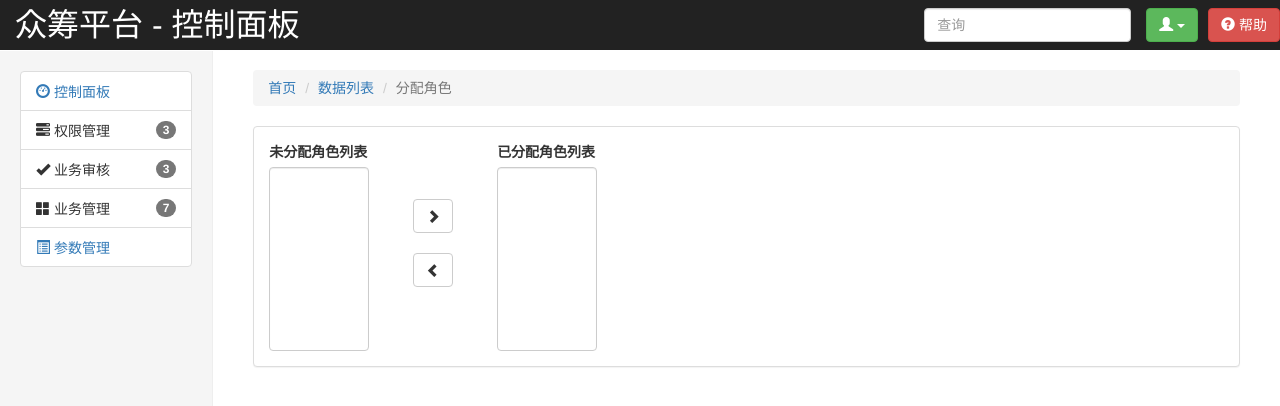
Repository: tornado4651/AtCrodFunding
Page: http://localhost/atcrowdfunding02-admin-webui/WEB-INF/assign-role.jsp
An editor plug-in stored every save of this project. The page is shown before and after the next save, followed by the edit.
The browser window is 1280 px wide. The pictures show the whole page.
The page is served by Tomcat 9. Nobody is signed in. The template is opened directly, without the code that normally fills it, so the values that code supplies are empty.

Above is the page before, as saved 2020-04-26 16:16:05.

### atcrowdfunding01-admin-parent/atcrowdfunding02-admin-webui/src/main/webapp/WEB-INF/assign-role.jsp
<%@ page language="java" contentType="text/html; charset=UTF-8"
	pageEncoding="UTF-8"%>
<%@ taglib uri="http://java.sun.com/jsp/jstl/core" prefix="c" %>
<!DOCTYPE html>
<html lang="UTF-8">
<!-- 提取出navigator部分，单独包含进来 -->
<%@include file="/WEB-INF/include-head.jsp" %>

<body>

	<!-- 提取出navigator部分，单独包含进来 -->
	<%@include file="/WEB-INF/include-navigator.jsp" %>

	<div class="container-fluid">
		<div class="row">

			<!-- 提取出sidebar部分，单独包含进来 -->
			<%@include file="/WEB-INF/include-sidebar.jsp" %>
			<div class="col-sm-9 col-sm-offset-3 col-md-10 col-md-offset-2 main">
				<ol class="breadcrumb">
				  <li><a href="#">首页</a></li>
				  <li><a href="#">数据列表</a></li>
				  <li class="active">分配角色</li>
				</ol>
			<div class="panel panel-default">
			  <div class="panel-body">
				<form role="form" class="form-inline">
				  <div class="form-group">
					<label for="exampleInputPassword1">未分配角色列表</label><br>
					<select class="form-control" multiple="" size="10" style="width:100px;overflow-y:auto;">
                        <c:forEach items="${requsetScope.unAssignedRoleList }" var="role">
                        	<option value="${role.id }">${role.name }</option>
                        </c:forEach>

                    </select>
				  </div>
				  <div class="form-group">
                        <ul>
                            <li class="btn btn-default glyphicon glyphicon-chevron-right"></li>
                            <br/>
                            <li class="btn btn-default glyphicon glyphicon-chevron-left" style="margin-top:20px;"></li>
                        </ul>
				  </div>
				  <div class="form-group" style="margin-left:40px;">
					<label for="exampleInputPassword1">已分配角色列表</label><br>
					<select class="form-control" multiple="" size="10" style="width:100px;overflow-y:auto;">
                        <c:forEach items="${requsetScope.assignedRoleList }" var="role">
                        	<option value="${role.id }">${role.name }</option>
                        </c:forEach>
                    </select>
				  </div>
				</form>
			  </div>
			</div>
        </div>

		</div>
	</div>
</body>
</html>

### atcrowdfunding01-admin-parent/atcrowdfunding02-admin-webui/src/main/webapp/WEB-INF/include-head.jsp
<%@ page language="java" contentType="text/html; charset=UTF-8"
    pageEncoding="UTF-8"%>
<head>
<meta charset="GB18030">
<meta http-equiv="X-UA-Compatible" content="IE=edge">
<meta name="viewport" content="width=device-width, initial-scale=1">
<meta name="description" content="">
<meta name="author" content="">
<base
	href="http://${pageContext.request.serverName }:${pageContext.request.serverPort }${pageContext.request.contextPath }/" />
<link rel="stylesheet" href="bootstrap/css/bootstrap.min.css">
<link rel="stylesheet" href="css/font-awesome.min.css">
<link rel="stylesheet" href="css/main.css">
<style>
.tree li {
	list-style-type: none;
	cursor: pointer;
}

.tree-closed {
	height: 40px;
}

.tree-expanded {
	height: auto;
}
</style>
<script src="jquery/jquery-2.1.1.min.js"></script>
<script src="bootstrap/js/bootstrap.min.js"></script>
<script src="script/docs.min.js"></script>
<script type="text/javascript" src="layer/layer.js"></script>
<script type="text/javascript">
	$(function() {
		$(".list-group-item").click(function() {
			if ($(this).find("ul")) {
				$(this).toggleClass("tree-closed");
				if ($(this).hasClass("tree-closed")) {
					$("ul", this).hide("fast");
				} else {
					$("ul", this).show("fast");
				}
			}
		});
	});
</script>

</head>

### atcrowdfunding01-admin-parent/atcrowdfunding02-admin-webui/src/main/webapp/WEB-INF/include-navigator.jsp
<%@ page language="java" contentType="text/html; charset=UTF-8"
    pageEncoding="UTF-8"%>
<nav class="navbar navbar-inverse navbar-fixed-top" role="navigation">
		<div class="container-fluid">
			<div class="navbar-header">
				<div>
					<a class="navbar-brand" style="font-size: 32px;" href="#">众筹平台
						- 控制面板</a>
				</div>
			</div>
			<div id="navbar" class="navbar-collapse collapse">
				<ul class="nav navbar-nav navbar-right">
					<li style="padding-top: 8px;">
						<div class="btn-group">
							<button type="button"
								class="btn btn-default btn-success dropdown-toggle"
								data-toggle="dropdown">
								<i class="glyphicon glyphicon-user"></i>
								${sessionScope.loginAdmin.userName }
								<span class="caret"></span>
							</button>
							<ul class="dropdown-menu" role="menu">
								<li><a href="#"><i class="glyphicon glyphicon-cog"></i>
										个人设置</a></li>
								<li><a href="#"><i class="glyphicon glyphicon-comment"></i>
										消息</a></li>
								<li class="divider"></li>
								<li><a href="admin/do/logout.html"><i
										class="glyphicon glyphicon-off"></i> 退出系统</a></li>
							</ul>
						</div>
					</li>
					<li style="margin-left: 10px; padding-top: 8px;">
						<button type="button" class="btn btn-default btn-danger">
							<span class="glyphicon glyphicon-question-sign"></span> 帮助
						</button>
					</li>
				</ul>
				<form class="navbar-form navbar-right">
					<input type="text" class="form-control" placeholder="查询">
				</form>
			</div>
		</div>
	</nav>

### atcrowdfunding01-admin-parent/atcrowdfunding02-admin-webui/src/main/webapp/WEB-INF/include-sidebar.jsp
<%@ page language="java" contentType="text/html; charset=UTF-8"
    pageEncoding="UTF-8"%>
<div class="col-sm-3 col-md-2 sidebar">
				<div class="tree">
					<ul style="padding-left: 0px;" class="list-group">
						<li class="list-group-item tree-closed"><a href="main.html"><i
								class="glyphicon glyphicon-dashboard"></i> 控制面板</a></li>
						<li class="list-group-item tree-closed"><span><i
								class="glyphicon glyphicon glyphicon-tasks"></i> 权限管理 <span
								class="badge" style="float: right">3</span></span>
							<ul style="margin-top: 10px; display: none;">
								<li style="height: 30px;"><a href="admin/get/page.html"><i
										class="glyphicon glyphicon-user"></i> 用户维护</a></li>
								<li style="height: 30px;"><a href="role/to/page.html"><i
										class="glyphicon glyphicon-king"></i> 角色维护</a></li>
								<li style="height: 30px;"><a href="menu/to/page.html"><i
										class="glyphicon glyphicon-lock"></i> 菜单维护</a></li>
							</ul></li>
						<li class="list-group-item tree-closed"><span><i
								class="glyphicon glyphicon-ok"></i> 业务审核 <span class="badge"
								style="float: right">3</span></span>
							<ul style="margin-top: 10px; display: none;">
								<li style="height: 30px;"><a href="auth_cert.html"><i
										class="glyphicon glyphicon-check"></i> 实名认证审核</a></li>
								<li style="height: 30px;"><a href="auth_adv.html"><i
										class="glyphicon glyphicon-check"></i> 广告审核</a></li>
								<li style="height: 30px;"><a href="auth_project.html"><i
										class="glyphicon glyphicon-check"></i> 项目审核</a></li>
							</ul></li>
						<li class="list-group-item tree-closed"><span><i
								class="glyphicon glyphicon-th-large"></i> 业务管理 <span
								class="badge" style="float: right">7</span></span>
							<ul style="margin-top: 10px; display: none;">
								<li style="height: 30px;"><a href="cert.html"><i
										class="glyphicon glyphicon-picture"></i> 资质维护</a></li>
								<li style="height: 30px;"><a href="type.html"><i
										class="glyphicon glyphicon-equalizer"></i> 分类管理</a></li>
								<li style="height: 30px;"><a href="process.html"><i
										class="glyphicon glyphicon-random"></i> 流程管理</a></li>
								<li style="height: 30px;"><a href="advertisement.html"><i
										class="glyphicon glyphicon-hdd"></i> 广告管理</a></li>
								<li style="height: 30px;"><a href="message.html"><i
										class="glyphicon glyphicon-comment"></i> 消息模板</a></li>
								<li style="height: 30px;"><a href="project_type.html"><i
										class="glyphicon glyphicon-list"></i> 项目分类</a></li>
								<li style="height: 30px;"><a href="tag.html"><i
										class="glyphicon glyphicon-tags"></i> 项目标签</a></li>
							</ul></li>
						<li class="list-group-item tree-closed"><a href="param.html"><i
								class="glyphicon glyphicon-list-alt"></i> 参数管理</a></li>
					</ul>
				</div>
			</div>

### atcrowdfunding01-admin-parent/atcrowdfunding02-admin-webui/src/main/webapp/css/main.css
/*
 * Base structure
 */

/* Move down content because we have a fixed navbar that is 50px tall */
body {
  padding-top: 50px;
}


/*
 * Global add-ons
 */

.sub-header {
  padding-bottom: 10px;
  border-bottom: 1px solid #eee;
}

/*
 * Top navigation
 * Hide default border to remove 1px line.
 */
.navbar-fixed-top {
  border: 0;
}

/*
 * Sidebar
 */

/* Hide for mobile, show later */
.sidebar {
  display: none;
}
@media (min-width: 768px) {
  .sidebar {
    position: fixed;
    top: 51px;
    bottom: 0;
    left: 0;
    z-index: 1000;
    display: block;
    padding: 20px;
    overflow-x: hidden;
    overflow-y: auto; /* Scrollable contents if viewport is shorter than content. */
    background-color: #f5f5f5;
    border-right: 1px solid #eee;
  }
}

/* Sidebar navigation */
.nav-sidebar {
  margin-right: -21px; /* 20px padding + 1px border */
  margin-bottom: 20px;
  margin-left: -20px;
}
.nav-sidebar > li > a {
  padding-right: 20px;
  padding-left: 20px;
}
.nav-sidebar > .active > a,
.nav-sidebar > .active > a:hover,
.nav-sidebar > .active > a:focus {
  color: #fff;
  background-color: #428bca;
}


/*
 * Main content
 */

.main {
  padding: 20px;
}
@media (min-width: 768px) {
  .main {
    padding-right: 40px;
    padding-left: 40px;
  }
}
.main .page-header {
  margin-top: 0;
}


/*
 * Placeholder dashboard ideas
 */

.placeholders {
  margin-bottom: 30px;
  text-align: center;
}
.placeholders h4 {
  margin-bottom: 0;
}
.placeholder {
  margin-bottom: 20px;
}
.placeholder img {
  display: inline-block;
  border-radius: 50%;
}

Loaded but not shown: atcrowdfunding01-admin-parent/atcrowdfunding02-admin-webui/src/main/webapp/bootstrap/css/bootstrap.min.css (library); atcrowdfunding01-admin-parent/atcrowdfunding02-admin-webui/src/main/webapp/css/font-awesome.min.css (library); atcrowdfunding01-admin-parent/atcrowdfunding02-admin-webui/src/main/webapp/jquery/jquery-2.1.1.min.js (library); atcrowdfunding01-admin-parent/atcrowdfunding02-admin-webui/src/main/webapp/bootstrap/js/bootstrap.min.js (library); atcrowdfunding01-admin-parent/atcrowdfunding02-admin-webui/src/main/webapp/script/docs.min.js (library); atcrowdfunding01-admin-parent/atcrowdfunding02-admin-webui/src/main/webapp/layer/layer.js (library); atcrowdfunding01-admin-parent/atcrowdfunding02-admin-webui/src/main/webapp/layer/theme/default/layer.css (library)

After the next save:
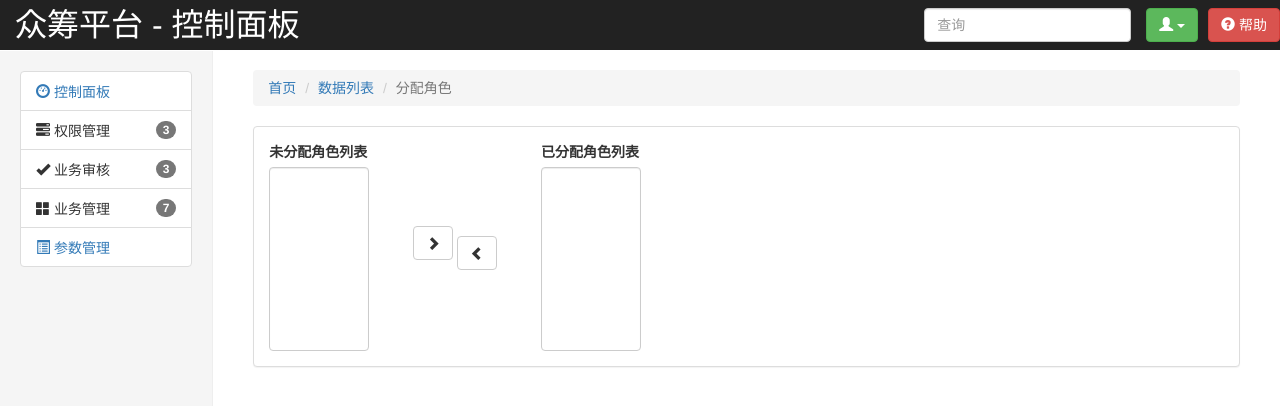
Saved 18 s later.
--- a/atcrowdfunding01-admin-parent/atcrowdfunding02-admin-webui/src/main/webapp/WEB-INF/assign-role.jsp
+++ b/atcrowdfunding01-admin-parent/atcrowdfunding02-admin-webui/src/main/webapp/WEB-INF/assign-role.jsp
@@ -31,13 +31,12 @@
                         <c:forEach items="${requsetScope.unAssignedRoleList }" var="role">
                         	<option value="${role.id }">${role.name }</option>
                         </c:forEach>
-
                     </select>
 				  </div>
 				  <div class="form-group">
                         <ul>
                             <li class="btn btn-default glyphicon glyphicon-chevron-right"></li>
-                            <br/>
+
                             <li class="btn btn-default glyphicon glyphicon-chevron-left" style="margin-top:20px;"></li>
                         </ul>
 				  </div>

After the 2 saves that followed:
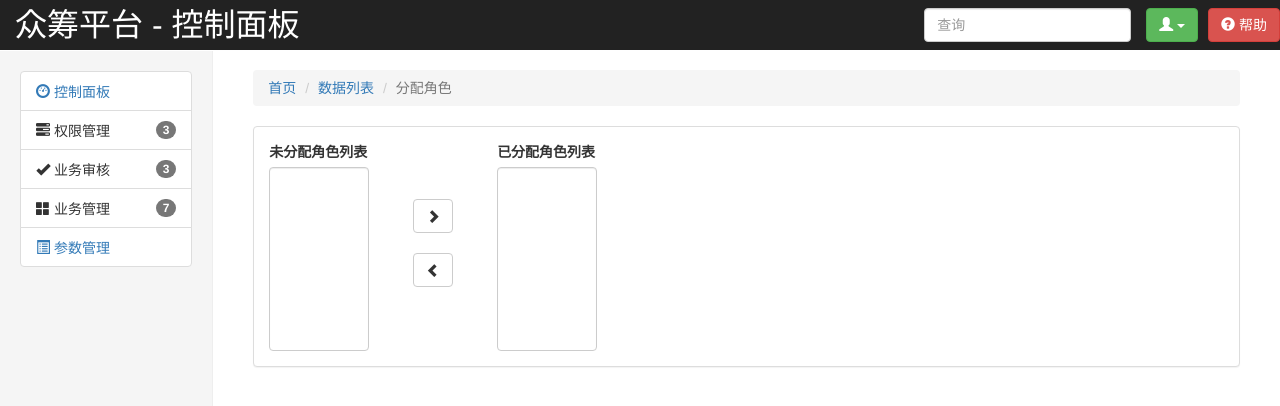
The 2 saves are shown as one change because they came seconds apart.
The last was saved 72 s later.
--- a/atcrowdfunding01-admin-parent/atcrowdfunding02-admin-webui/src/main/webapp/WEB-INF/assign-role.jsp
+++ b/atcrowdfunding01-admin-parent/atcrowdfunding02-admin-webui/src/main/webapp/WEB-INF/assign-role.jsp
@@ -36,7 +36,7 @@
 				  <div class="form-group">
                         <ul>
                             <li class="btn btn-default glyphicon glyphicon-chevron-right"></li>
-
+                            <br/>
                             <li class="btn btn-default glyphicon glyphicon-chevron-left" style="margin-top:20px;"></li>
                         </ul>
 				  </div>
